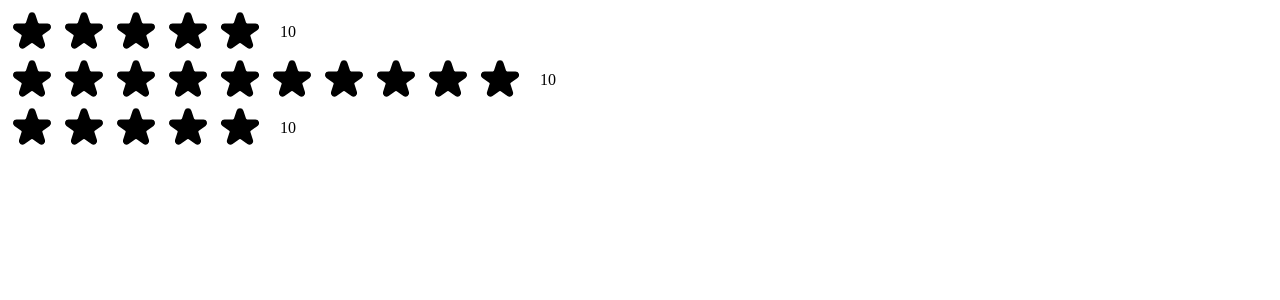
Repository: echoyol/07-usepopcorn
Page: /
The author's editor kept a copy of each file at every save. The page is drawn from the files as they stood at one save, then again after the next save.
The browser window is 1280 px wide. The pictures show the whole page.
The project was rebuilt for these pictures with package versions that can differ from the ones it lists, and the page was loaded fresh each time.

Above is the page before, as saved 2023-07-06 11:28:28.

After the next save:
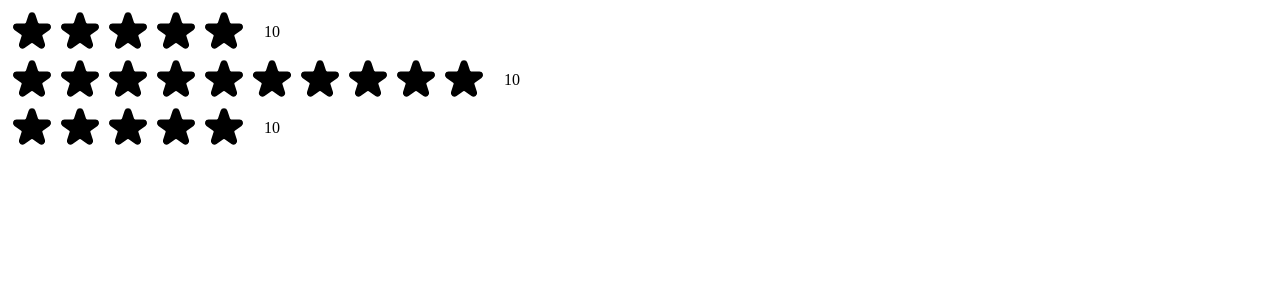
Saved 2 min 10 s later.
--- a/src/StarRating.js
+++ b/src/StarRating.js
@@ -6,7 +6,6 @@ const containerStyle = {
 
 const starContainerStyle = {
   display: 'flex',
-  gap: '4px',
 }
 
 const textStyle = {
